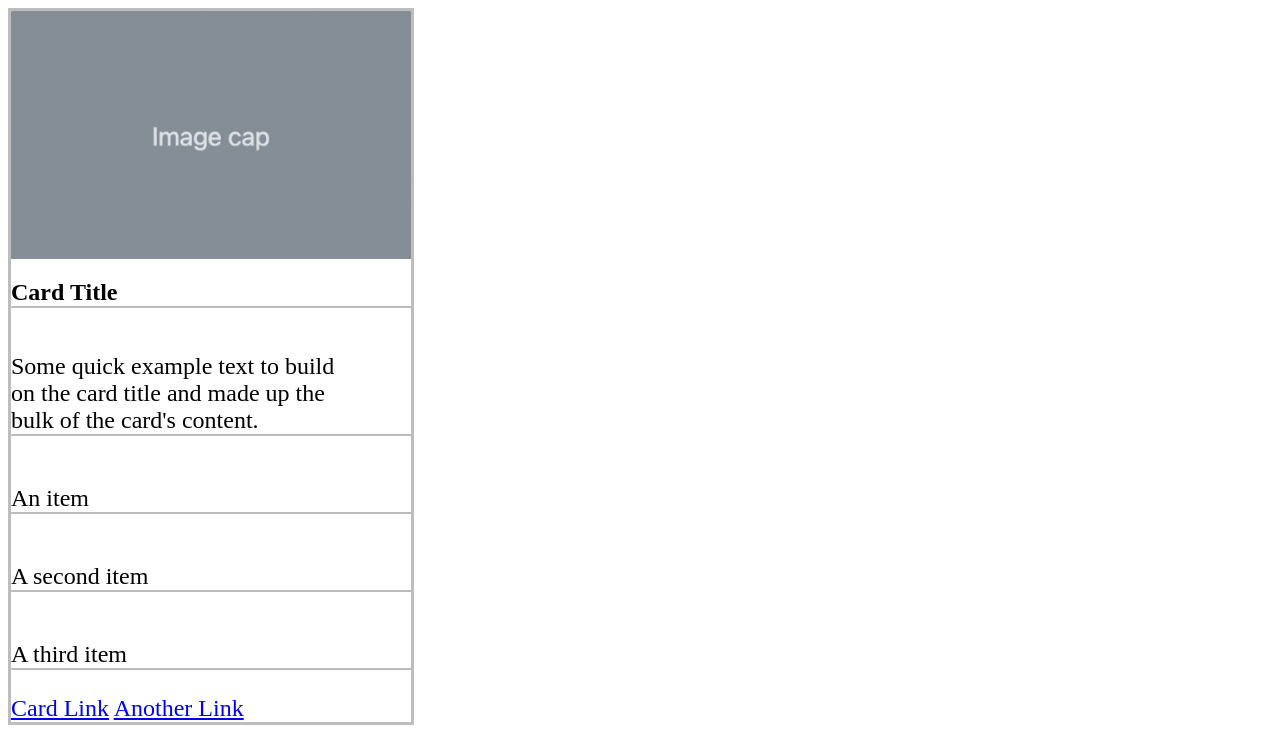
Repository: tr2cky/nav
Page: card.html
An editor plug-in stored every save of this project. The page is shown before and after the next save, followed by the edit.
The browser window is 1280 px wide. The pictures show the whole page.

Above is the page before, as saved 2022-09-27 16:36:51.

After the next save:
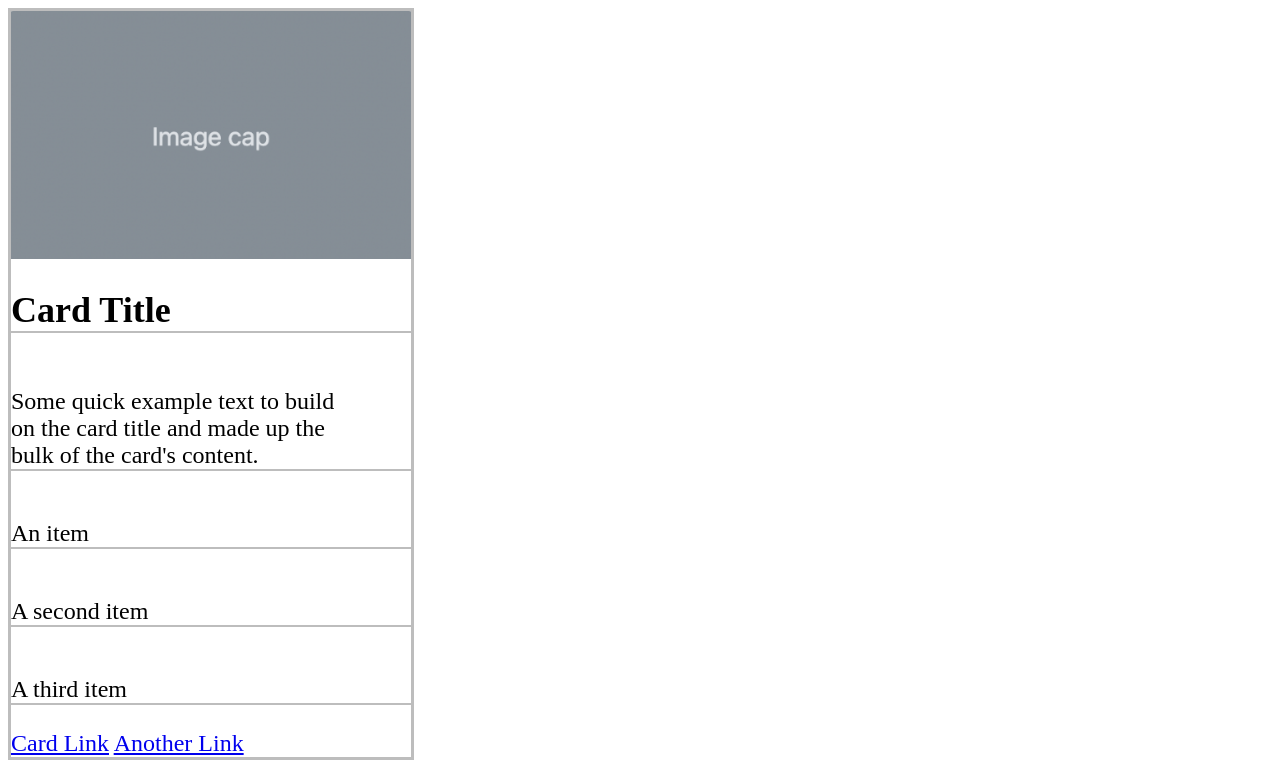
Saved 24 s later.
--- a/style.css
+++ b/style.css
@@ -10,6 +10,5 @@
     max-width: 1400px;
 }
 .container > p, h2 {
-    font-size: 1.5rem;
     border-bottom: 2px solid rgba(128, 128, 128, 0.516);
 }
